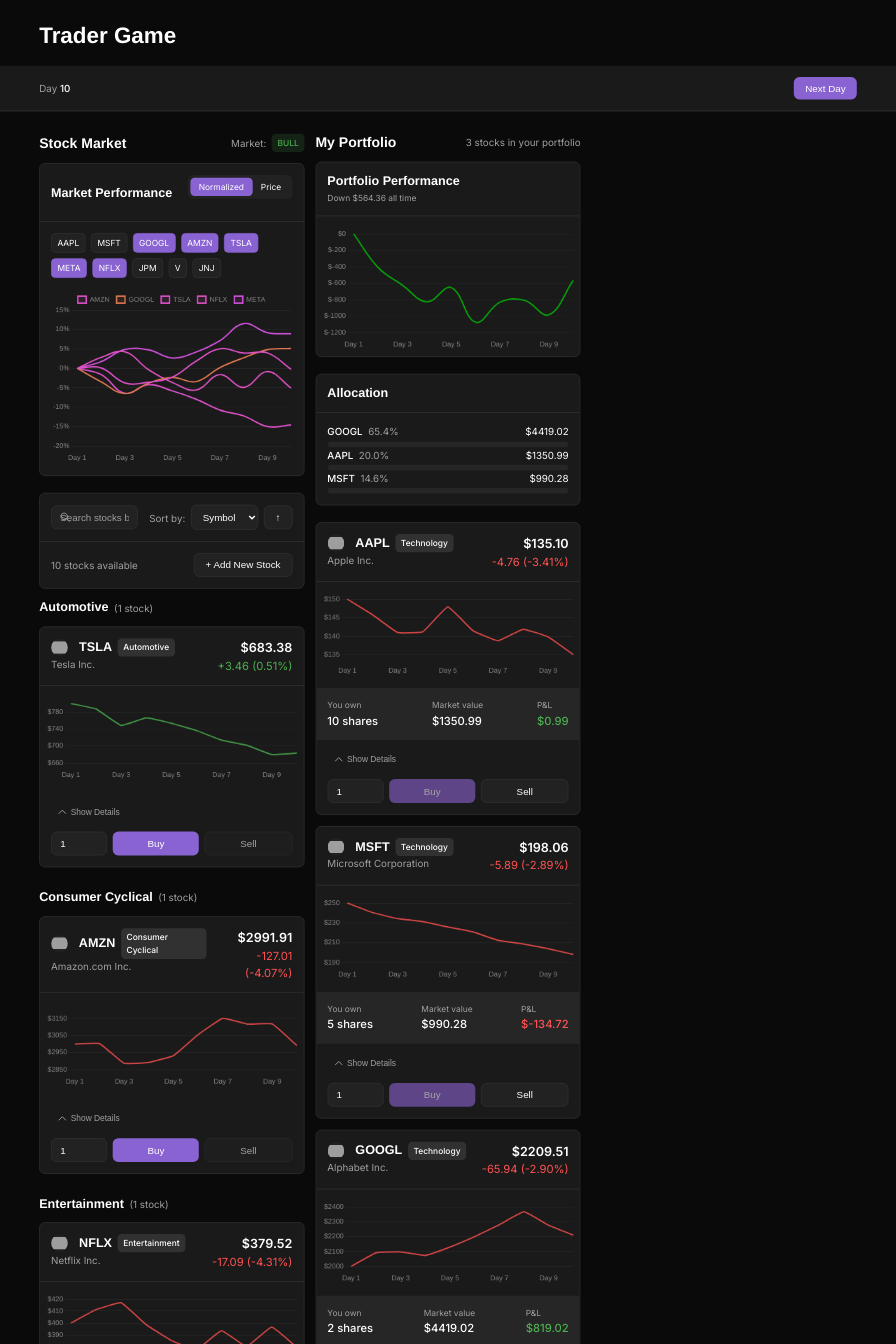
Repository: jp-valino/tradergame
Page: / (app in web-ui/)
An editor plug-in stored every save of this project. The page is shown before and after the next save, followed by the edit.
The browser window is 1280 px wide. The pictures show the part of the page from y = 0 to 1920 px (the page is 4819 px tall before and 1217 px after), at 70% of full size.
Pictures or frames that could not be fetched are drawn as grey boxes. Some web fonts or font styles are not loaded; a fallback is used. The project was rebuilt for these pictures with package versions that can differ from the ones it lists, and the page was loaded fresh each time.

Above is the page before, as saved 2025-03-14 20:16:47.

After the next save:
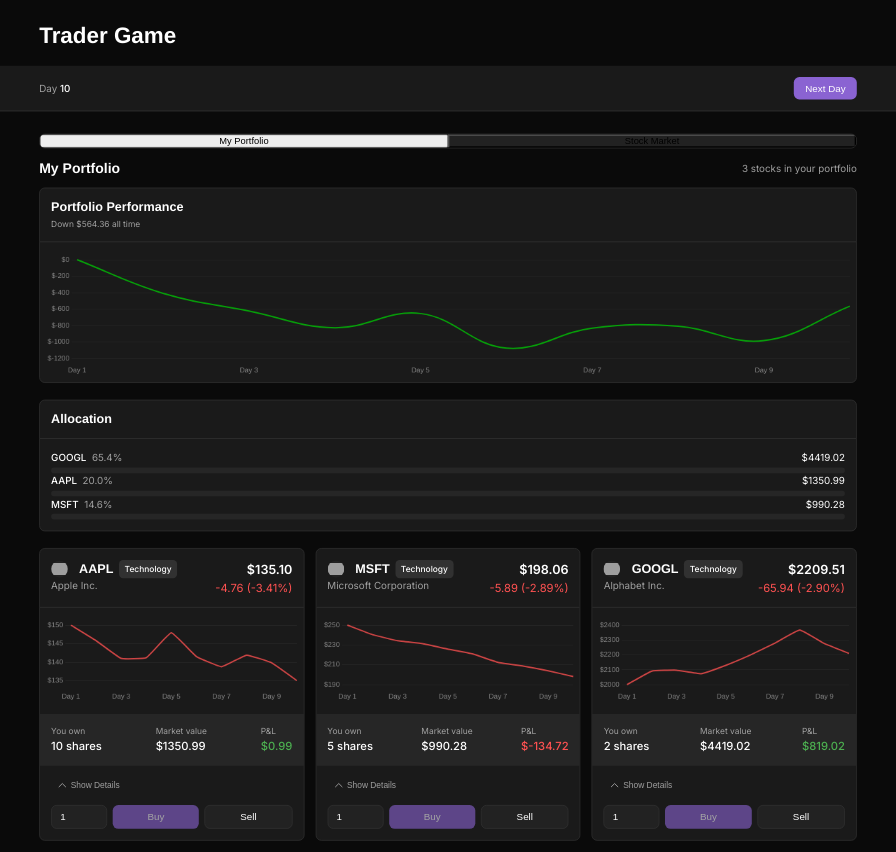
Saved 2 min 46 s later.
--- a/web-ui/src/App.tsx
+++ b/web-ui/src/App.tsx
@@ -22,6 +22,7 @@
   const [successMessage, setSuccessMessage] = useState<string | null>(null);
   const [errorMessage, setErrorMessage] = useState<string | null>(null);
   const [isScrolled, setIsScrolled] = useState(false);
+  const [activeTab, setActiveTab] = useState<'portfolio' | 'market'>('portfolio');
 
   useEffect(() => {
     fetchPortfolio();
@@ -104,6 +105,9 @@
 
       setSuccessMessage(`Successfully bought ${quantity} shares of ${symbol}`);
       setTimeout(() => setSuccessMessage(null), 3000);
+
+      // Switch to portfolio tab after buying
+      setActiveTab('portfolio');
     } catch (error) {
       console.error('Error buying stock:', error);
       setErrorMessage(`Failed to buy ${symbol}. Please try again.`);
@@ -262,27 +266,42 @@
           </div>
         )}
 
-        <div className="grid grid-cols-1 md:grid-cols-3 gap-6">
-          <div className="md:col-span-2">
-            {portfolio && (
-              <StockMarket
-                stocks={portfolio.stockPool}
-                onBuy={handleBuyStock}
-                onCreateStock={handleCreateStock}
-                marketState={portfolio.marketState}
-              />
-            )}
+        {/* Tab Navigation */}
+        <div className="card mb-4 overflow-hidden">
+          <div className="flex">
+            <button
+              className={`flex-1 py-3 px-4 font-medium ${activeTab === 'portfolio' ? 'bg-accent text-white' : 'bg-secondary'}`}
+              onClick={() => setActiveTab('portfolio')}
+            >
+              My Portfolio
+            </button>
+            <button
+              className={`flex-1 py-3 px-4 font-medium ${activeTab === 'market' ? 'bg-accent text-white' : 'bg-secondary'}`}
+              onClick={() => setActiveTab('market')}
+            >
+              Stock Market
+            </button>
           </div>
-
-          <div>
-            {portfolio && (
-              <Portfolio
-                stocks={portfolio.ownedStocks}
-                pnlHistory={portfolio.pnlHistory}
-                onSell={handleSellStock}
-              />
-            )}
-          </div>
+        </div>
+
+        {/* Tab Content */}
+        <div className="tab-content">
+          {portfolio && activeTab === 'portfolio' && (
+            <Portfolio
+              stocks={portfolio.ownedStocks}
+              pnlHistory={portfolio.pnlHistory}
+              onSell={handleSellStock}
+            />
+          )}
+
+          {portfolio && activeTab === 'market' && (
+            <StockMarket
+              stocks={portfolio.stockPool}
+              onBuy={handleBuyStock}
+              onCreateStock={handleCreateStock}
+              marketState={portfolio.marketState}
+            />
+          )}
         </div>
       </main>
     </div>
